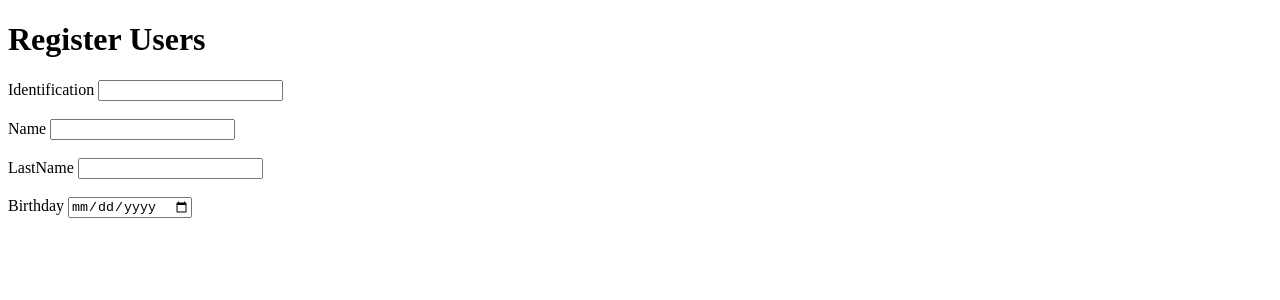
Repository: dimhernandezca/app-arquitectura-enlanube
Page: templates/register.html
The author's editor kept a record of every edit. The page is drawn from the files as they stood at one moment, then again after the next edit.
The browser window is 1280 px wide. The pictures show the whole page.

Above is the page before.

### templates/register.html
<!DOCTYPE html>
<html>
    <head>
        <meta http-equiv="content-type" content="text/html; charset=utf-8" />
        <title>Registrar Usuarios</title>

    </head>
    <body>
        <h1>Register Users</h1>
        <form>
            <label>Identification</label> <input type="number"/> <br> <br>
            <label>Name</label> <input type="text"/> <br> <br>
            <label>LastName</label> <input type="text"> <br> <br>
            <label>Birthday</label> <input type="date"> <br> <br>
        </form>

    </body>
</html>

After the next edit:
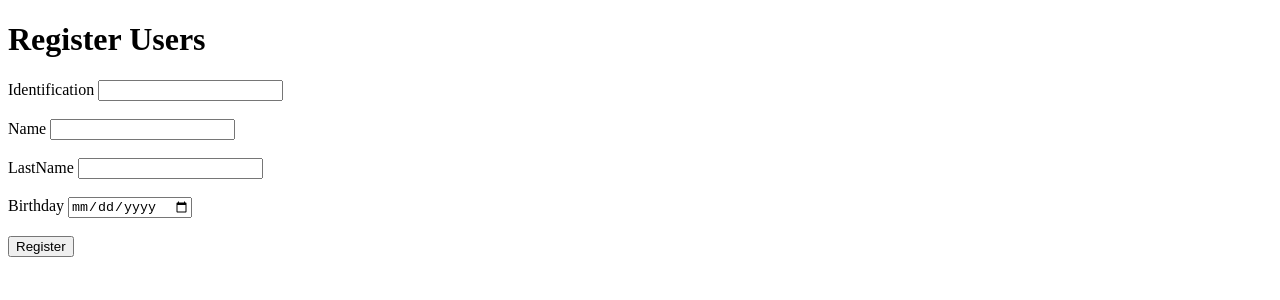
The edit:
--- a/templates/register.html
+++ b/templates/register.html
@@ -12,6 +12,7 @@
             <label>Name</label> <input type="text"/> <br> <br>
             <label>LastName</label> <input type="text"> <br> <br>
             <label>Birthday</label> <input type="date"> <br> <br>
+            <button>Register</button>
         </form>
 
     </body>
